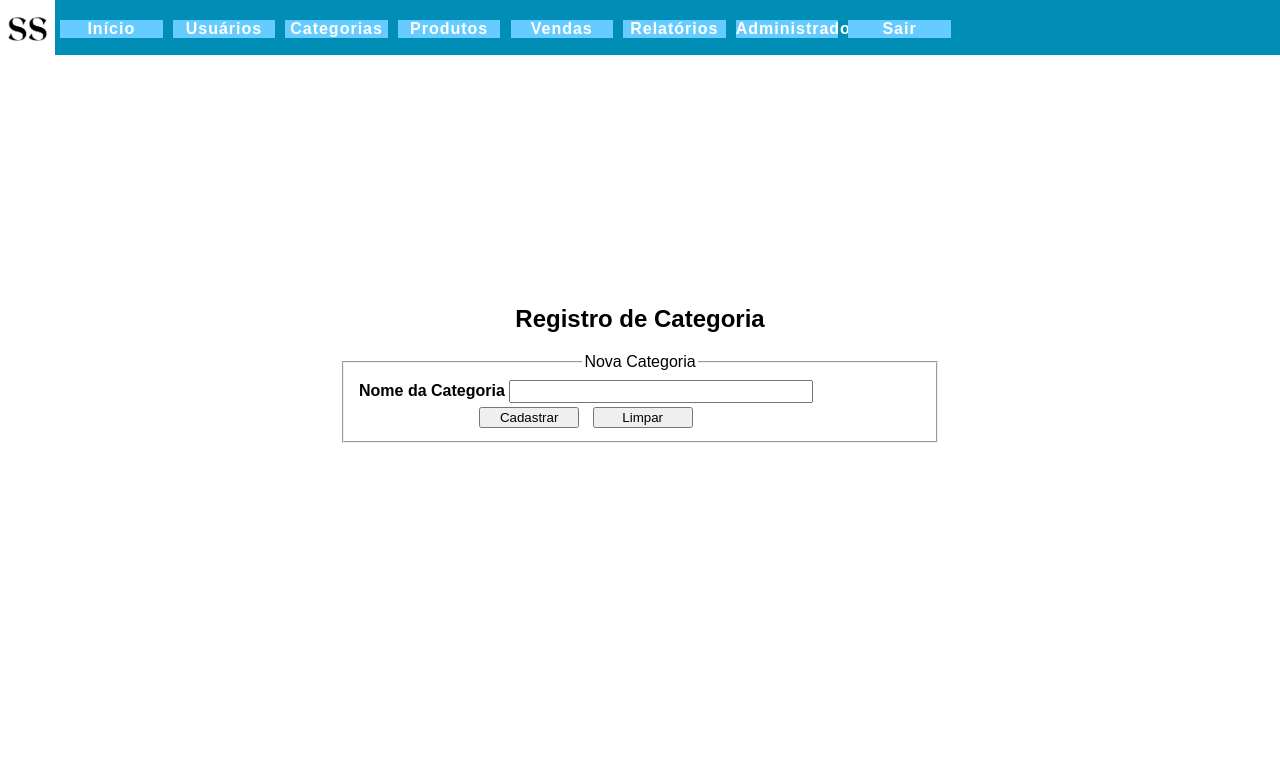
Repository: FaculdadeSenaiJoinville/PiMichelBaade
Page: ProjetoIndividual/WebContent/pages/admin/adminCategorias.html
The author's editor kept a copy of each file at every save. The page is drawn from the files as they stood at one save, then again after the next save.
The browser window is 1280 px wide. The pictures show the whole page.

Above is the page before, as saved 2021-08-18 00:41:03.

### ProjetoIndividual/WebContent/pages/admin/adminCategorias.html
<!DOCTYPE html>
<html>
<head>
<meta charset="UTF-8">
	<meta name="description" content="Site da Software dos Sonhos">
	<meta name="keywords" content="Padaria, Software, Sonhos">
	<meta name="author" content="Michel Baade">
	<meta name="viewport" content="width=device-width, initial-scale=1.0">
<title>Software dos Sonhos</title>
<link rel="stylesheet" type="text/css" href="../../css/admin.css">
<script src="https://code.jquery.com/jquery-3.6.0.min.js" integrity="sha256-/xUj+3OJU5yExlq6GSYGSHk7tPXikynS7ogEvDej/m4=" crossorigin="anonymous"></script>
<script src="../../js/admin.js"></script>
</head>
<body>
	<header></header>

<section>

<h2>Registro de Categoria</h2>

		<form name="frmAddCategoria" id="addCategoria" class="frmInserir">
			<fieldset>
			<legend>Nova Categoria</legend>
				<table>

					<tr>

						<th>Nome da Categoria</th>
						<td><input type="text" name="nome"></td>

					</tr>
					<tr>
						<td colspan="2">
							<button type="button">Cadastrar</button>
							<button type="reset">Limpar</button>
						</td>
					</tr>
				</table>
			</fieldset>
		</form>

	</section>


</body>
</html>

### ProjetoIndividual/WebContent/css/admin.css
@charset "UTF-8";

body{
	margin: 0 auto;
	font-family: "Century Gothic", sans-serif;
}

header{
	height: 55px;
	background-color: #008eb6;
	position: sticky;
	position: -webkit -sticky;
	top: 0px;
}

header img{
	float: left;
	height: 55px;
	width: 55px;
}

nav{
	clear: both;
	width: 80%;
	height: 100%;
	display: inline-block;
	margin: 20px auto;
}

nav a{
	color: white;
	font-weight: bold;
	letter-spacing: 1px;
	text-decoration: none;
	text-align: center;
}

nav .opcao{
	float: left;
	width: 10%;
	background-color: #66ccff;
	margin: 0 0.5%;
	font-size: 16px;
}

nav .opcao:hover{
	background-color: #83afd3;
}

.dropdown{
	position: relative;
	display: inline-block;
}

.dropdown-content{
	display: none;
	position: absolute;
	background-color: #66ccff;
	z-index: 1;
	width: 100%;
}

.dropdown-content a{
	display: block;
}


.dropdown-content a:hover{
	background-color: 83afd3;
}

.dropdown:hover .dropdown-content{
	display: block;
}

section{
	clear: both;
	min-height: 460px;
	width: 100%;
	margin-top: 250px;
	text-align: center;

}

section img{
	border:4px solid #000;
}

.frmInserir{
	margin: 0px auto;
	margin-bottom: 10px;
	width: 600px;
}

.frmInserir label{
	width: 200px;
}

.frmInserir input{
	width: 300px;
	padding: 2px 0;
}

.frmInserir button{
	width: 100px;
	margin: 0 1%;
}

### ProjetoIndividual/WebContent/js/admin.js
SONHOS = new Object();

$(document).ready(function() {

	$("header").load("/ProjetoIndividual/pages/admin/general/header.html");




});

### ProjetoIndividual/WebContent/pages/admin/general/header.html
<img src="../../imgs/logomenor.png" alt="Logo da Software dos Sonhos" id="logomenor">
<nav>
<a href="#"><div class="opcao">Início</div></a>
<a href="#"><div class="opcao">Usuários</div></a>
<a href="#"><div class="opcao">Categorias</div></a>
<a href="#"><div class="opcao">Produtos</div></a>
<a href="#"><div class="opcao">Vendas</div></a>
	<div class="opcao dropdown">
		<a href="#">
			<div class="dropbtn">Relatórios</div>
		</a>
		<div class="dropdown-content">
			<a href="#">Faturamentos</a>
			<a href="#">Vendas</a>
		</div>
	</div>
<a href="#"><div class="opcao">Administrador</div></a>
<a href="#"><div class="opcao">Sair</div></a>
</nav>

After the next save:
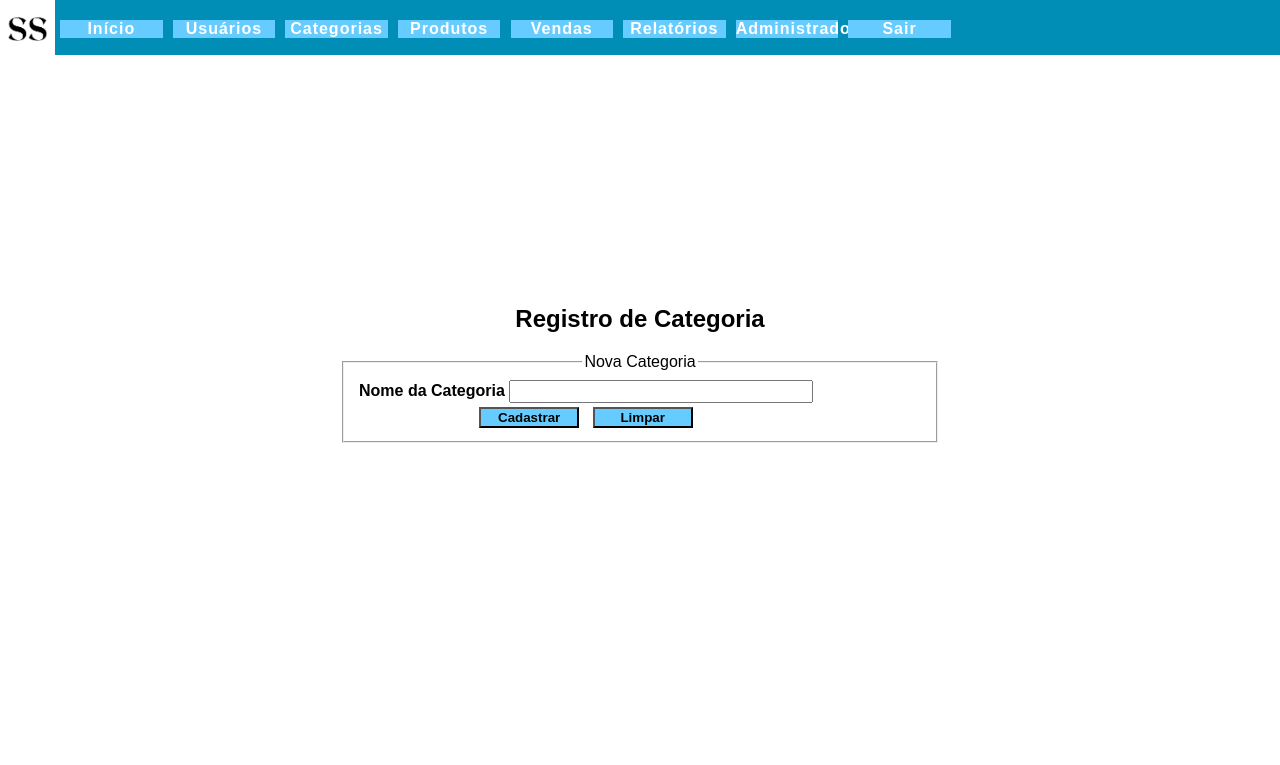
Saved 35 s later.
--- a/ProjetoIndividual/WebContent/css/admin.css
+++ b/ProjetoIndividual/WebContent/css/admin.css
@@ -104,4 +104,6 @@ section img{
 .frmInserir button{
 	width: 100px;
 	margin: 0 1%;
+	background-color: #66ccff;
+	font-weight: bold;
 }
